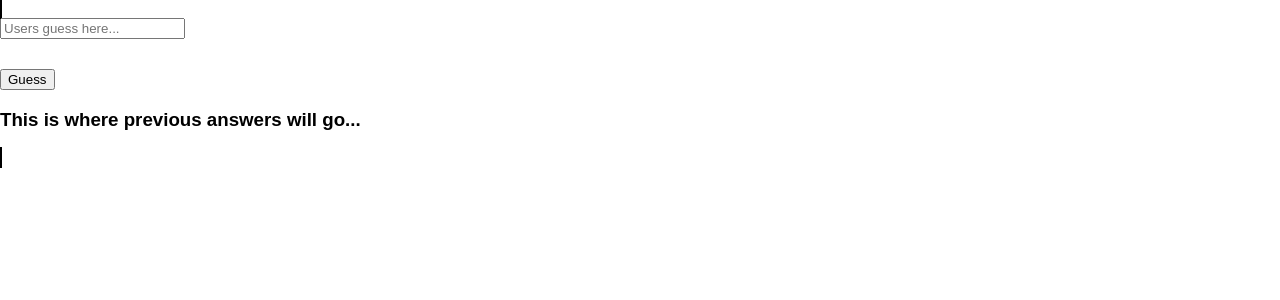
Repository: BAAMOSK/hotandcold
Page: /
These files come from the project's save history. The page is drawn as it stood at one moment and after the next save; the edit follows.
The browser window is 1280 px wide. The pictures show the whole page.
The project was rebuilt for these pictures with package versions that can differ from the ones it lists, and the page was loaded fresh each time.

Above is the page before, as saved 2017-05-16 03:37:25.

### src/index.js
import React from 'react';
import ReactDOM from 'react-dom';
import Game from './components/game';
import './index.css'

ReactDOM.render(<Game />, document.getElementById('root'));

### src/components/game.js
//This is the high level component
import React from 'react';
//guess is the user input
import Guess from './guess';
//response is the aggregate answers
import Response from './response';
import './game.css';

export default function Game() {
  return (
    <div className="game">
      <Guess />
      <Response />
    </div>
  );
}

### src/components/guess.js
import React from 'react';
import './guess.css';

const guess = 'Users guess here...'
export default function Guess(props) {
  return (
    <div>
      <input type="textarea" placeholder={guess}/>
      <br />
      <button>Guess</button>
    </div>
  );
};

### src/components/response.js
import React from 'react';

const answer = 'This is where previous answers will go...'

export default function Response() {
  return (
    <h3>
      {answer}
    </h3>
  );
};

### src/components/game.css
.game {
  /*text-align: center;*/
  margin-top: 50px;
  border: 2px solid black;
  width: 50%;
  display: inline;
}

### src/components/guess.css
button {
  margin-top: 30px;
}

Loaded but not shown: public/index.html (common file); src/index.css (common file)

After the next save:
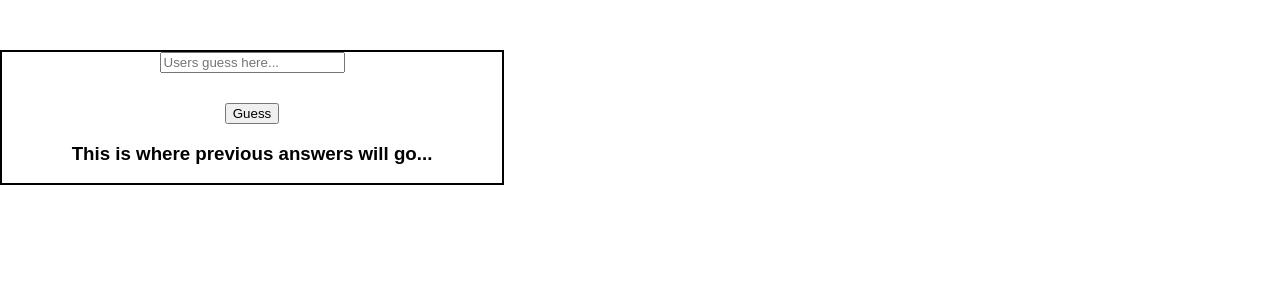
Saved 16 s later.
--- a/src/components/game.css
+++ b/src/components/game.css
@@ -1,7 +1,6 @@
 .game {
-  /*text-align: center;*/
+  text-align: center;
   margin-top: 50px;
   border: 2px solid black;
-  width: 50%;
-  display: inline;
+  width: 500px;;
 }
